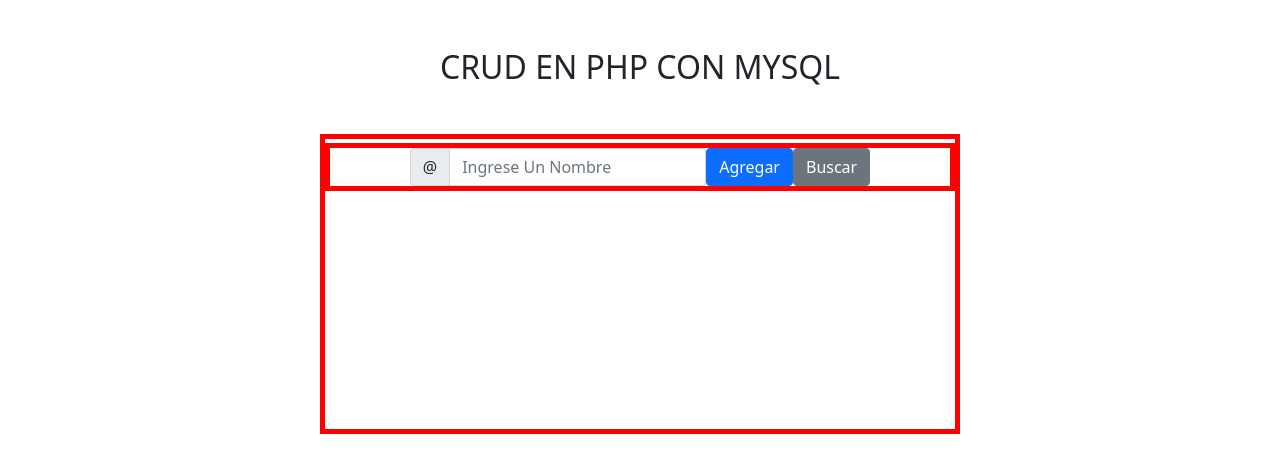
Repository: nder1996/CRUD_SENCILLO
Page: http://localhost/
These files come from the project's save history. The page is drawn as it stood at one moment and after the next save; the edit follows.
The browser window is 1280 px wide. The pictures show the whole page.
The page is run by PHP 8.4 with error messages shown; the project is at /var/www/html/.

Above is the page before, as saved 2021-10-04 20:05:04.

After the next save:
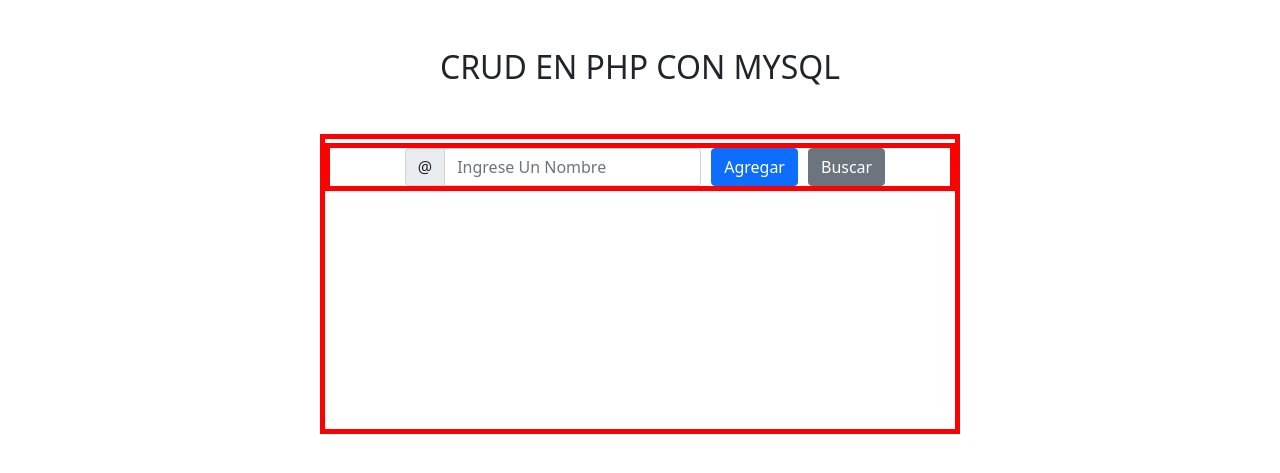
Saved 3 s later.
--- a/CRUD - SILENCIADO/css/estilos.css
+++ b/CRUD - SILENCIADO/css/estilos.css
@@ -10,5 +10,5 @@
 }
 
 .input_button section{
-    margin
+    margin-left: 10px;
 }
